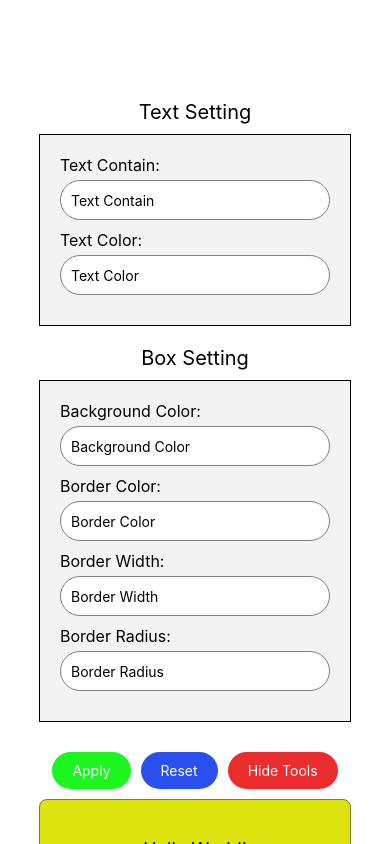
Repository: amirjavadikia/mobile-projectg
Screen: /
The author's editor kept a copy of each file at every save. The screen is drawn from the files as they stood at one save, then again after the next save.
An inner scrolling area shows only its first screen. The app was drawn by React Native's web renderer in a window 390 px wide. The project was rebuilt for these pictures with package versions that can differ from the ones it lists, and the page was loaded fresh each time.

Above is the screen before, as saved 2024-05-14 22:34:54.

### App.tsx
//
// => BOXES PROJECT
//

// import React from 'react';
// import { View, Text, StyleSheet } from 'react-native';
// import { FontAwesomeIcon } from '@fortawesome/react-native-fontawesome';
// import { faGear } from '@fortawesome/free-solid-svg-icons/faGear';
// import { faLocationDot } from '@fortawesome/free-solid-svg-icons/faLocationDot';
// import { faAddressBook } from '@fortawesome/free-solid-svg-icons/faAddressBook';


// const MainPage = () => {
//   return (
//     <View style={styles.container}>

//       <View style={[styles.blueBackground]}>
//         <Text style={styles.text}>Welcome to my app!</Text>
//       </View>


//       <View style={[styles.box, styles.purpleBackground]}>
//       <FontAwesomeIcon icon={faLocationDot} />
//         <Text style={styles.text}>Location</Text>
//       </View>


//       <View style={[styles.box, styles.yellowBackground]}>
//       <FontAwesomeIcon icon={faGear} />
//         <Text style={styles.text}>Settings</Text>
//       </View>


//       <View style={[styles.box, styles.redBackground]}>
//       <FontAwesomeIcon icon={faAddressBook} />
//         <Text style={styles.text}>Contacts</Text>
//       </View>

//     </View>
//   );
// };

// const styles = StyleSheet.create({
//   container: {
//     justifyContent: 'center',
//     alignItems: 'center',
//     margin: 10
//   },
//   box: {
//     width: '100%',
//     height: 100,
//     borderRadius: 10,
//     marginBottom: 15,
//     justifyContent: 'center',
//     textAlign: 'center',
//     alignItems: 'center',
//   },
//   blueBackground: {
//     backgroundColor: '#01008A',
//     borderRadius: 30,
//     width: '100%',
//     height: '10%',
//     justifyContent: 'center',
//     alignItems: 'center',
//     marginBottom: 20
//   },
//   purpleBackground: {
//     backgroundColor: '#810081',
//   },
//   yellowBackground: {
//     backgroundColor: '#fea501',
//   },
//   redBackground: {
//     backgroundColor: '#fe0002',
//   },
//   text: {
//     color: 'white',
//     fontSize: 20,
//     marginLeft: 10,
//   },
// });

// export default MainPage;





//
// => MIDTERM PROJECT
//


import React, { useState } from 'react';
import { View, Text, TextInput, StyleSheet, Button, ScrollView, TouchableOpacity } from 'react-native';

const App = () => {
  const [text, setText] = useState('Hello World!');
  const [showTools, setShowTools] = useState(true);
  const [newText, setNewText] = useState('');
  const [newTextColor, setNewTextColor] = useState('');
  const [newBackgroundColor, setNewBackgroundColor] = useState('');
  const [newBorderColor, setNewBorderColor] = useState('');
  const [newBorderWidth, setNewBorderWidth] = useState('');
  const [newBorderRadius, setNewBorderRadius] = useState('');
  const [applyChanges, setApplyChanges] = useState(false);

  const handleTextChange = (inputText) => {
    setNewText(inputText);
    setApplyChanges(false);
  };

  const handleTextColorChange = (inputText) => {
    setNewTextColor(inputText);
    setApplyChanges(false);
  };

  const handleBackgroundChange = (inputText) => {
    setNewBackgroundColor(inputText);
    setApplyChanges(false);
  };

  const handleBorderColorChange = (inputText) => {
    setNewBorderColor(inputText);
    setApplyChanges(false);
  };

  const handleBorderWidthChange = (inputText) => {
    setNewBorderWidth(inputText);
    setApplyChanges(false);
  };

  const handleBorderRadiusChange = (inputText) => {
    setNewBorderRadius(inputText);
    setApplyChanges(false);
  };

  const handleApplyChanges = () => {
    setText(newText);
    setApplyChanges(true);
  };

  const handleResetChanges = () => {
    setApplyChanges(false);
    setText('');
    setNewText('');
    setNewTextColor('');
    setNewBackgroundColor('');
    setNewBorderColor('');
    setNewBorderWidth('');
    setNewBorderRadius('');
  };

  const handleToggleTools = () => {
    setShowTools(!showTools);
  };

  return (
    <ScrollView contentContainerStyle={styles.scrollViewContent}>
      <View style={styles.container}>
        {showTools && (
          <>
            <Text style={styles.title}>Text Setting</Text>
            <View style={styles.section}>
              <Text style={styles.label}>Text Contain:</Text>
              <TextInput
                style={styles.input}
                onChangeText={handleTextChange}
                value={newText}
                placeholder="Text Contain"
              />
              <Text style={styles.label}>Text Color:</Text>
              <TextInput
                style={styles.input}
                onChangeText={handleTextColorChange}
                value={newTextColor}
                placeholder="Text Color"
              />
            </View>

            <Text style={styles.title}>Box Setting</Text>
            <View style={styles.section}>
              <Text style={styles.label}>Background Color:</Text>
              <TextInput
                style={styles.input}
                onChangeText={handleBackgroundChange}
                value={newBackgroundColor}
                placeholder="Background Color"
              />
              <Text style={styles.label}>Border Color:</Text>
              <TextInput
                style={styles.input}
                onChangeText={handleBorderColorChange}
                value={newBorderColor}
                placeholder="Border Color"
              />
              <Text style={styles.label}>Border Width:</Text>
              <TextInput
                style={styles.input}
                onChangeText={handleBorderWidthChange}
                value={newBorderWidth}
                placeholder="Border Width"
              />
              <Text style={styles.label}>Border Radius:</Text>
              <TextInput
                style={styles.input}
                onChangeText={handleBorderRadiusChange}
                value={newBorderRadius}
                placeholder="Border Radius"
              />
            </View>


          </>
        )}
        <View style={styles.buttonGroup}>
              { showTools && (
                <>
                <TouchableOpacity
               onPress={handleApplyChanges}
               style={styles.applyButton}
            >
              <Text style={styles.applyButtonText}>Apply</Text>
            </TouchableOpacity>

                <TouchableOpacity
               onPress={handleResetChanges}
               style={styles.resetButton}
            >
              <Text style={styles.resetButtonText}>Reset</Text>
            </TouchableOpacity>
                </>
              )}
              <TouchableOpacity
               onPress={handleToggleTools}
               style={styles.showButton}
            >
              <Text style={styles.showButtonText}>{showTools ? "Hide Tools" : "Show Tools"}</Text>
            </TouchableOpacity>
            </View>
        <View style={[styles.box, { backgroundColor: applyChanges ? newBackgroundColor : '#dde30f', borderRadius: applyChanges ? parseInt(newBorderRadius) || 0 : 8, borderWidth: applyChanges ? parseInt(newBorderWidth) || 1 : 1, borderColor: applyChanges ? newBorderColor : "#807f1e" }]}>
          <Text style={[styles.boxText, {color: applyChanges ? newTextColor : '#111'}]}>{text || "Hello World!"}</Text>
        </View>
      </View>
    </ScrollView>
  );
};

const styles = StyleSheet.create({
  scrollViewContent: {
    flexGrow: 1,
  },
  container: {
    flex: 1,
    alignItems: 'center',
    justifyContent: 'center',
    marginTop: 100,
    backgroundColor: '#fff',
  },
  section: {
    width: '80%',
    marginBottom: 20,
    backgroundColor: "#f3f3f3",
    borderWidth: 1,
    padding: 20
  },
  title: {
    fontSize: 20,
    marginBottom: 10,
  },
  label: {
    fontSize: 16,
    marginBottom: 5,
  },
  input: {
    width: '100%',
    height: 40,
    borderWidth: 1,
    borderColor: 'gray',
    marginBottom: 10,
    paddingHorizontal: 10,
    textAlign: 'left',
    borderRadius: 30,
    backgroundColor: "#fff"
  },
  box: {
    width: '80%',
    height: 100,
    backgroundColor: '#dde30f',
    justifyContent: 'center',
    alignItems: 'center',
  },
  boxText: {
    fontSize: 18
  },
  buttonGroup: {
    display: 'flex',
    flexDirection: 'row',
    justifyContent: 'space-around',
    marginVertical: 10,
  },
  applyButton: {
    marginRight: 10,
    borderRadius: 20,
    backgroundColor: '#1bf621',
    paddingVertical: 10,
    paddingHorizontal: 20,
    alignItems: 'center',
    justifyContent: 'center',

  },
  resetButton: {
    borderRadius: 20,
    marginRight: 10,
    backgroundColor: '#2950ef',
    paddingVertical: 10,
    paddingHorizontal: 20,
    alignItems: 'center',
    justifyContent: 'center',

  },
  showButton: {
    borderRadius: 20,
    backgroundColor: '#eb2d2e',
    paddingVertical: 10,
    paddingHorizontal: 20,
    alignItems: 'center',
    justifyContent: 'center'
  },
  resetButtonText: {
    color: '#fff'
  },
  applyButtonText: {
    color: '#fff'
  },
  showButtonText: {
    color: '#fff'
  }
});

export default App;

After the next save:
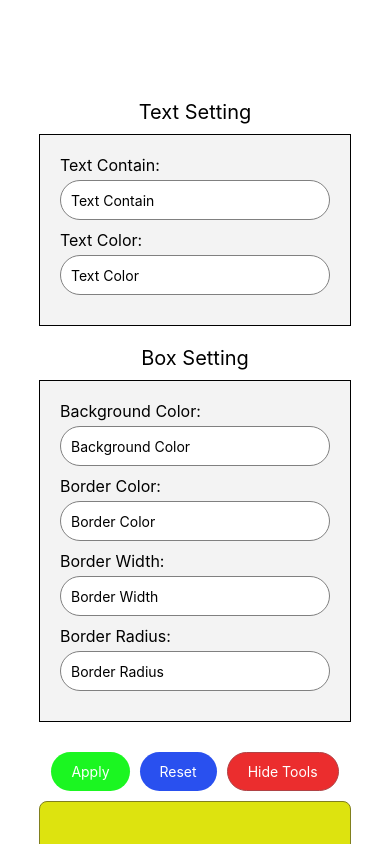
Saved 4 s later.
--- a/App.tsx
+++ b/App.tsx
@@ -325,7 +325,9 @@ const styles = StyleSheet.create({
     paddingVertical: 10,
     paddingHorizontal: 20,
     alignItems: 'center',
-    justifyContent: 'center'
+    justifyContent: 'center',
+    borderColor:"#b04245",
+    borderWidth:1
   },
   resetButtonText: {
     color: '#fff'
